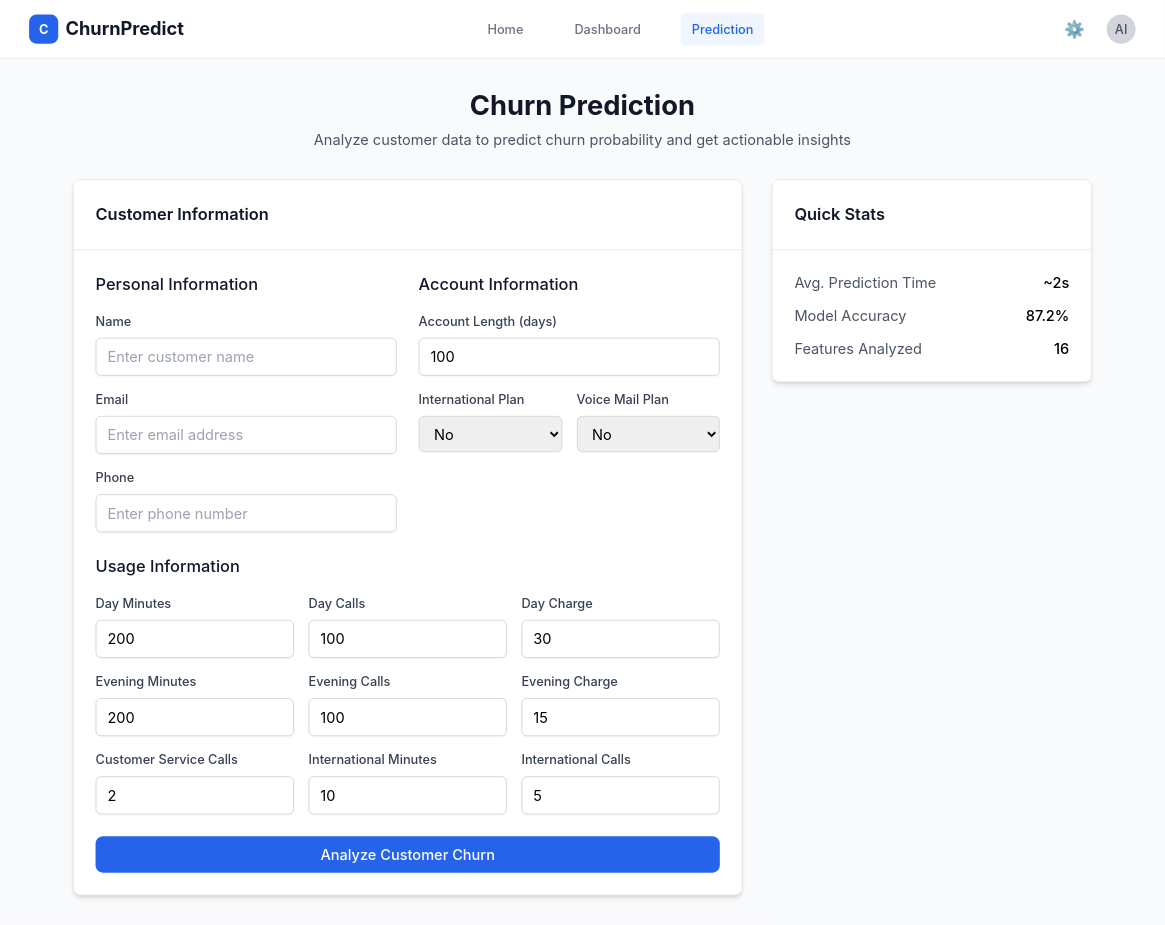
Repository: MaycemSaad/Customer-Churn-Prediction-Machine-Learning-Project
Page: /predict (app in frontend/)
These files come from the project's save history. The page is drawn as it stood at one moment and after the next save; the edit follows.
The browser window is 1280 px wide. The pictures show the whole page, at 91% of full size.
The project was rebuilt for these pictures with package versions that can differ from the ones it lists, and the page was loaded fresh each time. Also part of the build but not shown: frontend/next.config.js, frontend/vite.config.ts, frontend/src/pages/Home.tsx, frontend/src/components/charts/ChurnChart.tsx, frontend/src/pages/Dashboard.tsx.

Above is the page before, as saved 2025-11-12 20:21:21.

After the next save:
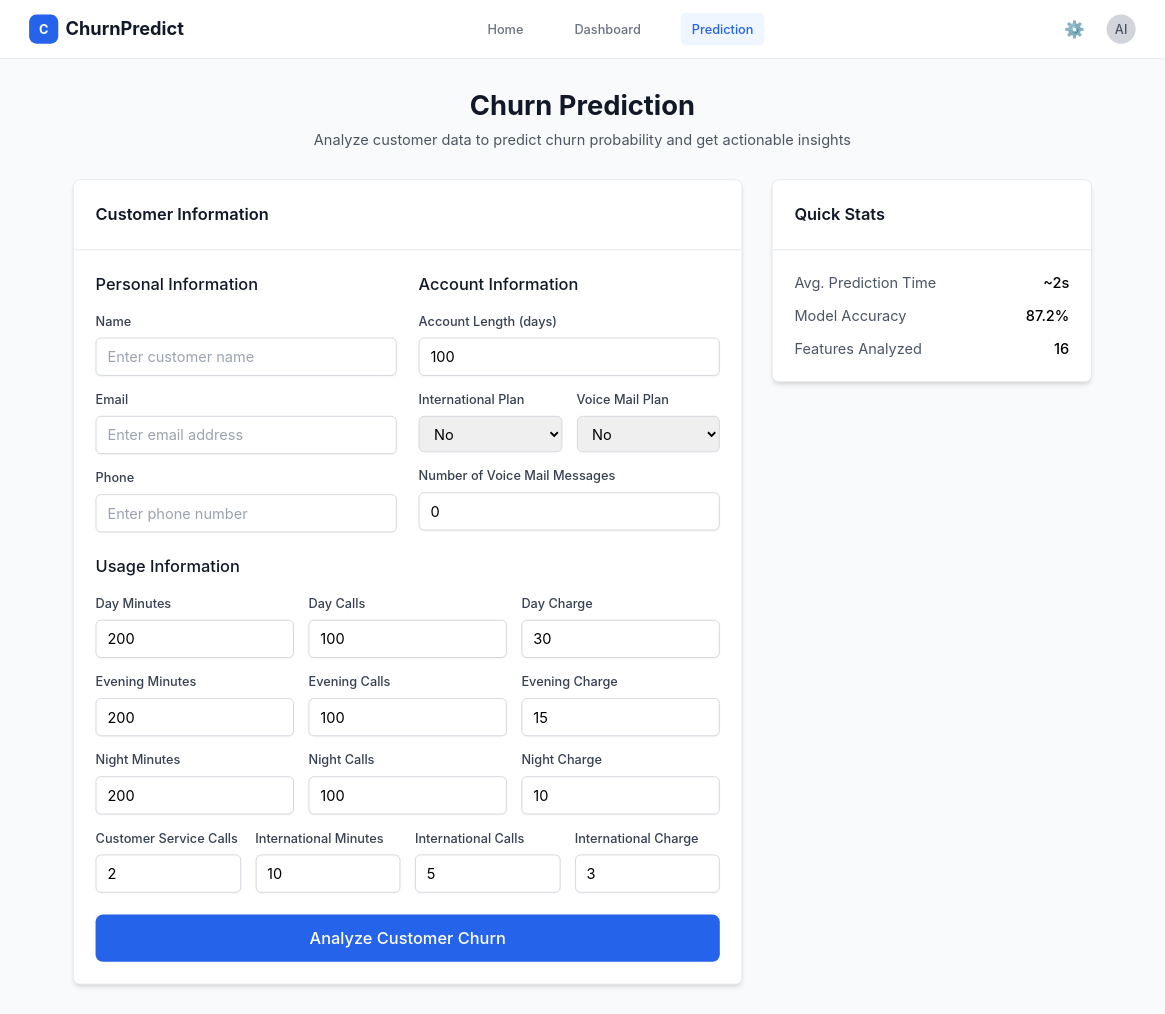
Saved 18 min 13 s later.
--- a/frontend/src/components/forms/CustomerForm.tsx
+++ b/frontend/src/components/forms/CustomerForm.tsx
@@ -39,7 +39,16 @@ export const CustomerForm: React.FC<CustomerFormProps> = ({
 
   const handleSubmit = (e: React.FormEvent) => {
     e.preventDefault();
-    onSubmit(formData);
+
+    // Transformer les données pour l'API
+    const apiData = {
+      ...formData,
+      customer_name: formData.name, // Convertir name en customer_name
+      customer_id: `CUST_${Date.now()}_${Math.random().toString(36).substr(2, 9)}`, // Générer un ID unique
+      // Garder les autres champs inchangés
+    };
+
+    onSubmit(apiData);
   };
 
   const handleChange = (field: keyof CustomerData, value: string | number) => {
@@ -57,6 +66,7 @@ export const CustomerForm: React.FC<CustomerFormProps> = ({
             value={formData.name}
             onChange={(e) => handleChange('name', e.target.value)}
             placeholder="Enter customer name"
+            required
           />
           <Input
             label="Email"
@@ -64,12 +74,14 @@ export const CustomerForm: React.FC<CustomerFormProps> = ({
             value={formData.email}
             onChange={(e) => handleChange('email', e.target.value)}
             placeholder="Enter email address"
+            required
           />
           <Input
             label="Phone"
             value={formData.phone}
             onChange={(e) => handleChange('phone', e.target.value)}
             placeholder="Enter phone number"
+            required
           />
         </div>
 
@@ -81,6 +93,8 @@ export const CustomerForm: React.FC<CustomerFormProps> = ({
             type="number"
             value={formData.account_length}
             onChange={(e) => handleChange('account_length', parseFloat(e.target.value))}
+            min="1"
+            required
           />
           <div className="grid grid-cols-2 gap-4">
             <div>
@@ -88,7 +102,7 @@ export const CustomerForm: React.FC<CustomerFormProps> = ({
                 International Plan
               </label>
               <select
-                className="w-full px-3 py-2 border border-gray-300 rounded-md"
+                className="w-full px-3 py-2 border border-gray-300 rounded-md focus:ring-2 focus:ring-blue-500 focus:border-blue-500"
                 value={formData.international_plan}
                 onChange={(e) => handleChange('international_plan', parseInt(e.target.value))}
               >
@@ -101,7 +115,7 @@ export const CustomerForm: React.FC<CustomerFormProps> = ({
                 Voice Mail Plan
               </label>
               <select
-                className="w-full px-3 py-2 border border-gray-300 rounded-md"
+                className="w-full px-3 py-2 border border-gray-300 rounded-md focus:ring-2 focus:ring-blue-500 focus:border-blue-500"
                 value={formData.voice_mail_plan}
                 onChange={(e) => handleChange('voice_mail_plan', parseInt(e.target.value))}
               >
@@ -110,12 +124,20 @@ export const CustomerForm: React.FC<CustomerFormProps> = ({
               </select>
             </div>
           </div>
+          <Input
+            label="Number of Voice Mail Messages"
+            type="number"
+            value={formData.number_vmail_messages}
+            onChange={(e) => handleChange('number_vmail_messages', parseFloat(e.target.value))}
+            min="0"
+          />
         </div>
       </div>
 
       {/* Usage Information */}
       <div className="space-y-4">
         <h3 className="text-lg font-medium text-gray-900">Usage Information</h3>
+
         <div className="grid grid-cols-1 md:grid-cols-3 gap-4">
           <Input
             label="Day Minutes"
@@ -123,12 +145,16 @@ export const CustomerForm: React.FC<CustomerFormProps> = ({
             step="0.1"
             value={formData.total_day_minutes}
             onChange={(e) => handleChange('total_day_minutes', parseFloat(e.target.value))}
+            min="0"
+            required
           />
           <Input
             label="Day Calls"
             type="number"
             value={formData.total_day_calls}
             onChange={(e) => handleChange('total_day_calls', parseFloat(e.target.value))}
+            min="0"
+            required
           />
           <Input
             label="Day Charge"
@@ -136,6 +162,8 @@ export const CustomerForm: React.FC<CustomerFormProps> = ({
             step="0.1"
             value={formData.total_day_charge}
             onChange={(e) => handleChange('total_day_charge', parseFloat(e.target.value))}
+            min="0"
+            required
           />
         </div>
 
@@ -146,12 +174,16 @@ export const CustomerForm: React.FC<CustomerFormProps> = ({
             step="0.1"
             value={formData.total_eve_minutes}
             onChange={(e) => handleChange('total_eve_minutes', parseFloat(e.target.value))}
+            min="0"
+            required
           />
           <Input
             label="Evening Calls"
             type="number"
             value={formData.total_eve_calls}
             onChange={(e) => handleChange('total_eve_calls', parseFloat(e.target.value))}
+            min="0"
+            required
           />
           <Input
             label="Evening Charge"
@@ -159,15 +191,49 @@ export const CustomerForm: React.FC<CustomerFormProps> = ({
             step="0.1"
             value={formData.total_eve_charge}
             onChange={(e) => handleChange('total_eve_charge', parseFloat(e.target.value))}
+            min="0"
+            required
           />
         </div>
 
         <div className="grid grid-cols-1 md:grid-cols-3 gap-4">
+          <Input
+            label="Night Minutes"
+            type="number"
+            step="0.1"
+            value={formData.total_night_minutes}
+            onChange={(e) => handleChange('total_night_minutes', parseFloat(e.target.value))}
+            min="0"
+            required
+          />
+          <Input
+            label="Night Calls"
+            type="number"
+            value={formData.total_night_calls}
+            onChange={(e) => handleChange('total_night_calls', parseFloat(e.target.value))}
+            min="0"
+            required
+          />
+          <Input
+            label="Night Charge"
+            type="number"
+            step="0.1"
+            value={formData.total_night_charge}
+            onChange={(e) => handleChange('total_night_charge', parseFloat(e.target.value))}
+            min="0"
+            required
+          />
+        </div>
+
+        <div className="grid grid-cols-1 md:grid-cols-4 gap-4">
           <Input
             label="Customer Service Calls"
             type="number"
             value={formData.customer_service_calls}
             onChange={(e) => handleChange('customer_service_calls', parseFloat(e.target.value))}
+            min="0"
+            max="20"
+            required
           />
           <Input
             label="International Minutes"
@@ -175,17 +241,30 @@ export const CustomerForm: React.FC<CustomerFormProps> = ({
             step="0.1"
             value={formData.total_intl_minutes}
             onChange={(e) => handleChange('total_intl_minutes', parseFloat(e.target.value))}
+            min="0"
+            required
           />
           <Input
             label="International Calls"
             type="number"
             value={formData.total_intl_calls}
             onChange={(e) => handleChange('total_intl_calls', parseFloat(e.target.value))}
+            min="0"
+            required
+          />
+          <Input
+            label="International Charge"
+            type="number"
+            step="0.1"
+            value={formData.total_intl_charge}
+            onChange={(e) => handleChange('total_intl_charge', parseFloat(e.target.value))}
+            min="0"
+            required
           />
         </div>
       </div>
 
-      <Button type="submit" loading={loading} className="w-full">
+      <Button type="submit" loading={loading} className="w-full py-3 text-lg">
         Analyze Customer Churn
       </Button>
     </form>
